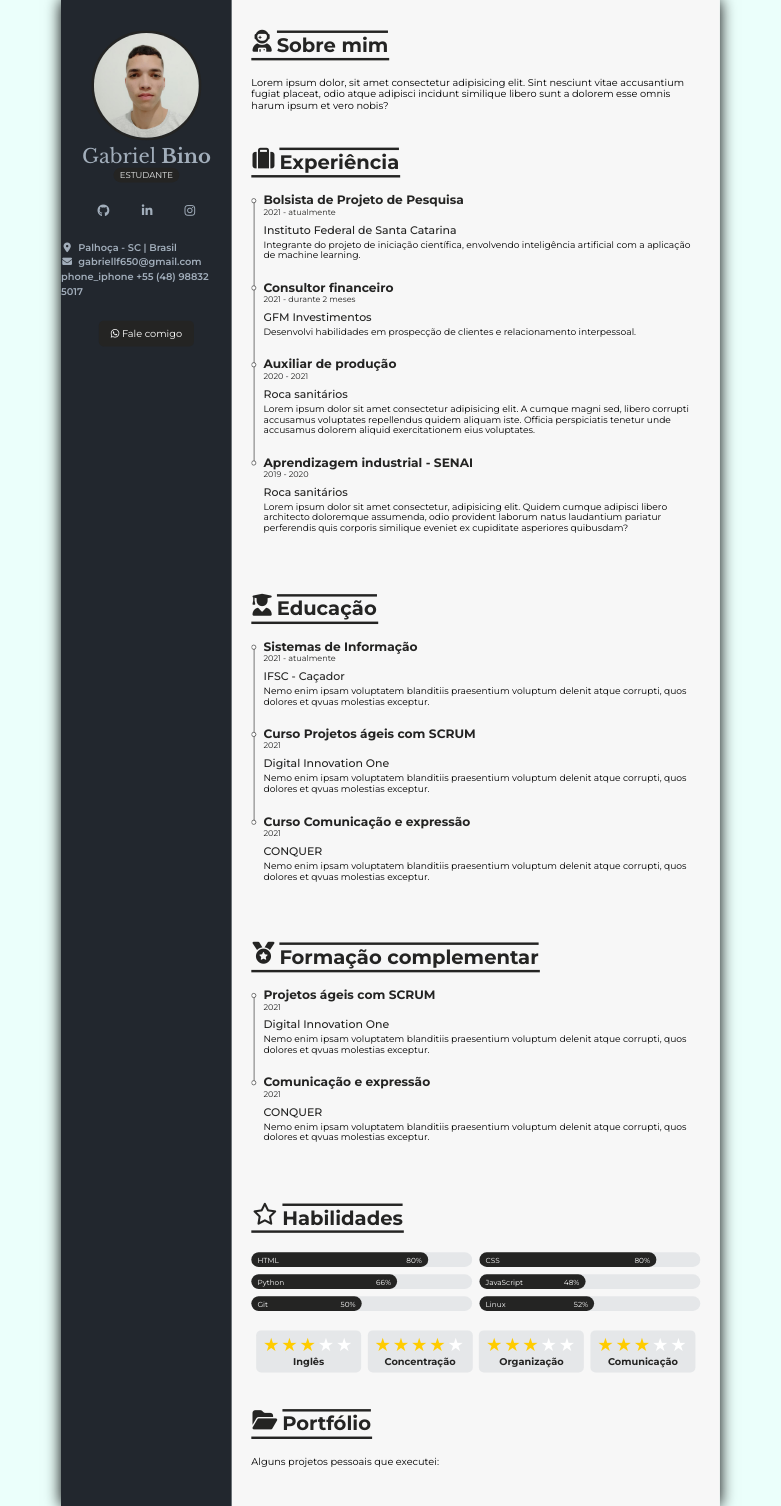
Repository: gabrielbino/curriculoResponsivo
Page: index.html
The author's editor kept a copy of each file at every save. The page is drawn from the files as they stood at one save, then again after the next save.
The browser window is 1280 px wide. The pictures show the whole page, at 61% of full size.
Some web libraries are served in a nearby version.

Above is the page before, as saved 2021-10-19 22:43:38.

### index.html
<!DOCTYPE html>
<html lang="pt-br">
  <head>
    <meta charset="UTF-8" />
    <meta name="viewport" content="width=device-width, initial-scale=1" />
    <link
      rel="stylesheet"
      href="https://cdnjs.cloudflare.com/ajax/libs/normalize/8.0.1/normalize.min.css"
      integrity="sha512-NhSC1YmyruXifcj/KFRWoC561YpHpc5Jtzgvbuzx5VozKpWvQ+4nXhPdFgmx8xqexRcpAglTj9sIBWINXa8x5w=="
      crossorigin="anonymous"
      referrerpolicy="no-referrer"
    />
    <script
      src="https://kit.fontawesome.com/a6ac7cca8d.js"
      crossorigin="anonymous"
    ></script>
    <link
      href="https://fonts.googleapis.com/icon?family=Material+Icons"
      rel="stylesheet"
    />
    <link rel="stylesheet" href="css/style.css" />
    <link rel="shortcut icon" href="img/favicon.ico" />
    <title>CV do Gabriel</title>
  </head>
  <body>
    <main>
      <aside>
        <div class="sidebar">
          <img
            class="profile-picture"
            src="./img/option_profile.jpeg"
            alt="Gabriel Bino"
          />
          <h1 class="title-name"><span>Gabriel</span> Bino</h1>
          <h3 class="subtitle-role">Estudante</h3>
          <div class="social-links">
            <a href="https://github.com/gabrielbino" target="_blank">
              <i class="fab fa-github"></i>
            </a>
            <a
              href="https://www.linkedin.com/in/gabriel-fernandes-bino-456499195/"
              target="_blank"
            >
              <i class="fab fa-linkedin-in"></i>
            </a>
            <!-- <a href="https://twitter.com/theleoad" target="_blank">
              <i class="fab fa-twitter"></i>
            </a> -->
            <a href="https://www.instagram.com/gabrielfbino/" target="_blank">
              <i class="fab fa-instagram"></i>
            </a>
          </div>
          <ul class="personal-data">
            <li>
              <i class="fas fa-map-marker-alt"></i>
              <span>Palhoça - SC | Brasil</span>
            </li>
            <li>
              <i class="fas fa-envelope"></i>
              <a href="mailto:galbriellf650@gmail.com"
                >gabriellf650@gmail.com</a
              >
            </li>
            <li>
              <span class="material-icons-round">phone_iphone</span>
              <a href="tel:+5548988325017">+55 (48) 98832 5017</a>
            </li>
          </ul>
          <a
            class="download-button"
            href="https://wa.me/+5548988325017"
            target="_blank"
          >
            <i class="fab fa-whatsapp"></i>
            <span>Fale comigo</span>
          </a>
        </div>
      </aside>
      <section>
        <article>
          <div class="article-title-wrapper">
            <i class="fas fa-user-astronaut"></i>
            <h2 class="article-title">Sobre mim</h2>
          </div>
          <p>
            Lorem ipsum dolor, sit amet consectetur adipisicing elit. Sint
            nesciunt vitae accusantium fugiat placeat, odio atque adipisci
            incidunt similique libero sunt a dolorem esse omnis harum ipsum et
            vero nobis?
          </p>
        </article>
        <article>
          <div class="article-title-wrapper">
            <i class="fas fa-suitcase"></i>
            <h2 class="article-title">Experiência</h2>
          </div>
          <ul class="timeline">
            <li>
              <h4 class="timeline-title">Bolsista de Projeto de Pesquisa</h4>
              <h5 class="timeline-time">2021 - atualmente</h5>
              <h6 class="timeline-place">
                Instituto Federal de Santa Catarina
              </h6>
              <p class="timeline-text">
                Integrante do projeto de iniciação científica, envolvendo
                inteligência artificial com a aplicação de machine learning.
              </p>
            </li>
            <li>
              <h4 class="timeline-title">Consultor financeiro</h4>
              <h5 class="timeline-time">2021 - durante 2 meses</h5>
              <h6 class="timeline-place">GFM Investimentos</h6>
              <p class="timeline-text">
                Desenvolvi habilidades em prospecção de clientes e
                relacionamento interpessoal.
              </p>
            </li>
            <li>
              <h4 class="timeline-title">Auxiliar de produção</h4>
              <h5 class="timeline-time">2020 - 2021</h5>
              <h6 class="timeline-place">Roca sanitários</h6>
              <p class="timeline-text">
                Lorem ipsum dolor sit amet consectetur adipisicing elit. A
                cumque magni sed, libero corrupti accusamus voluptates
                repellendus quidem aliquam iste. Officia perspiciatis tenetur
                unde accusamus dolorem aliquid exercitationem eius voluptates.
              </p>
            </li>
            <li>
              <h4 class="timeline-title">Aprendizagem industrial - SENAI</h4>
              <h5 class="timeline-time">2019 - 2020</h5>
              <h6 class="timeline-place">Roca sanitários</h6>
              <p class="timeline-text">
                Lorem ipsum dolor sit amet consectetur, adipisicing elit. Quidem
                cumque adipisci libero architecto doloremque assumenda, odio
                provident laborum natus laudantium pariatur perferendis quis
                corporis similique eveniet ex cupiditate asperiores quibusdam?
              </p>
            </li>
          </ul>
        </article>
        <article>
          <div class="article-title-wrapper">
            <i class="fas fa-user-graduate"></i>
            <h2 class="article-title">Educação</h2>
          </div>
          <ul class="timeline">
            <li>
              <h4 class="timeline-title">Sistemas de Informação</h4>
              <h5 class="timeline-time">2021 - atualmente</h5>
              <h6 class="timeline-place">IFSC - Caçador</h6>
              <p class="timeline-text">
                Nemo enim ipsam voluptatem blanditiis praesentium voluptum
                delenit atque corrupti, quos dolores et qvuas molestias
                exceptur.
              </p>
            </li>
            <li>
              <h4 class="timeline-title">Curso Projetos ágeis com SCRUM</h4>
              <h5 class="timeline-time">2021</h5>
              <h6 class="timeline-place">Digital Innovation One</h6>
              <p class="timeline-text">
                Nemo enim ipsam voluptatem blanditiis praesentium voluptum
                delenit atque corrupti, quos dolores et qvuas molestias
                exceptur.
              </p>
            </li>
            <li>
              <h4 class="timeline-title">Curso Comunicação e expressão</h4>
              <h5 class="timeline-time">2021</h5>
              <h6 class="timeline-place">CONQUER</h6>
              <p class="timeline-text">
                Nemo enim ipsam voluptatem blanditiis praesentium voluptum
                delenit atque corrupti, quos dolores et qvuas molestias
                exceptur.
              </p>
            </li>
          </ul>
        </article>
        <article>
          <div class="article-title-wrapper">
            <i class="fas fa-medal"></i>
            <h2 class="article-title">Formação complementar</h2>
          </div>
          <ul class="timeline">
            <li>
              <h4 class="timeline-title">Projetos ágeis com SCRUM</h4>
              <h5 class="timeline-time">2021</h5>
              <h6 class="timeline-place">Digital Innovation One</h6>
              <p class="timeline-text">
                Nemo enim ipsam voluptatem blanditiis praesentium voluptum
                delenit atque corrupti, quos dolores et qvuas molestias
                exceptur.
              </p>
            </li>
            <li>
              <h4 class="timeline-title">Comunicação e expressão</h4>
              <h5 class="timeline-time">2021</h5>
              <h6 class="timeline-place">CONQUER</h6>
              <p class="timeline-text">
                Nemo enim ipsam voluptatem blanditiis praesentium voluptum
                delenit atque corrupti, quos dolores et qvuas molestias
                exceptur.
              </p>
            </li>
          </ul>
        </article>
        <article>
          <div class="article-title-wrapper">
            <i class="far fa-star"></i>
            <h2 class="article-title">Habilidades</h2>
          </div>
          <div class="skills-container">
            <div class="progress">
              <div class="progress-bar" role="progressbar" style="width: 80%">
                <div class="progress-text">
                  <span>HTML</span>
                  <span>80%</span>
                </div>
              </div>
            </div>
            <div class="progress">
              <div class="progress-bar" role="progressbar" style="width: 80%">
                <div class="progress-text">
                  <span>CSS</span>
                  <span>80%</span>
                </div>
              </div>
            </div>
            <div class="progress">
              <div class="progress-bar" role="progressbar" style="width: 66%">
                <div class="progress-text">
                  <span>Python</span>
                  <span>66%</span>
                </div>
              </div>
            </div>
            <div class="progress">
              <div class="progress-bar" role="progressbar" style="width: 48%">
                <div class="progress-text">
                  <span>JavaScript</span>
                  <span>48%</span>
                </div>
              </div>
            </div>
            <div class="progress">
              <div class="progress-bar" role="progressbar" style="width: 50%">
                <div class="progress-text">
                  <span>Git</span>
                  <span>50%</span>
                </div>
              </div>
            </div>
            <div class="progress">
              <div class="progress-bar" role="progressbar" style="width: 52%">
                <div class="progress-text">
                  <span>Linux</span>
                  <span>52%</span>
                </div>
              </div>
            </div>
          </div>
          <div class="soft-skills">
            <div class="soft-skill">
              <div class="soft-skill-rating" style="--rating: 3"></div>
              <h4 class="soft-skill-label">Inglês</h4>
            </div>
            <div class="soft-skill">
              <div class="soft-skill-rating" style="--rating: 4"></div>
              <h4 class="soft-skill-label">Concentração</h4>
            </div>
            <div class="soft-skill">
              <div class="soft-skill-rating" style="--rating: 3"></div>
              <h4 class="soft-skill-label">Organização</h4>
            </div>
            <div class="soft-skill">
              <div class="soft-skill-rating" style="--rating: 3"></div>
              <h4 class="soft-skill-label">Comunicação</h4>
            </div>
          </div>
        </article>
        <article>
          <div class="article-title-wrapper">
            <i class="fas fa-folder-open"></i>
            <h2 class="article-title">Portfólio</h2>
          </div>
          <p>Alguns projetos pessoais que executei:</p>
          <div class="portfolio">
            <a href="#" class="portfolio-item">
              <div></div>
            </a>
            <a href="#" class="portfolio-item">
              <div></div>
            </a>
            <a href="#" class="portfolio-item">
              <div></div>
            </a>
            <a href="#" class="portfolio-item">
              <div></div>
            </a>
          </div>
        </article>
      </section>
    </main>
  </body>
</html>

### css/style.css
@import url("https://fonts.googleapis.com/css2?family=Libre+Baskerville:wght@400;700&family=Montserrat:wght@400;500;600;700&display=swap");

* {
  box-sizing: border-box;
}

img {
  max-width: 100%;
}

body {
  background-color: #ebfffb;
  color: black;
  font-family: "Montserrat", sans-serif;
}

main {
  background-color: #ebfffb;
  box-shadow: 0 0 1.5rem;
  display: flex;
  margin: 0 auto;
  max-width: 1080px;
  min-height: 100vh;
  width: 100%;
}

aside {
  background-color: #22272e;
  padding: 50px 0 16px;
  width: 280px;
}

.sidebar {
  align-items: center;
  display: flex;
  flex-direction: column;
  position: sticky;
  top: 16px;
  width: 100%;
}

.profile-picture {
  border-radius: 50%;
  border: solid 4px #242423;
  width: 180px;
}

.title-name {
  color: #a2aebb;
  font-family: "Libre Baskerville", serif;
  font-weight: 700;
  margin: 8px 0 0;
}

.title-name span {
  font-weight: 500;
}

.subtitle-role {
  background: #242423;
  border-radius: 12px;
  color: #e9ebec;
  font-size: 14px;
  font-weight: 400;
  margin: 0;
  padding: 4px 10px;
  text-transform: uppercase;
}

.social-links {
  display: flex;
  font-size: 20px;
  justify-content: space-between;
  margin: 36px 0;
  width: 160px;
}

.social-links a {
  color: #a2aebb;
}

.social-links a:hover {
  color: #e8eddf;
}

.personal-data {
  list-style-type: none;
  margin: 0;
  padding: 0;
}

.personal-data li {
  color: #a2aebb;
  font-weight: 600;
  line-height: 1.5;
}

.personal-data li a {
  color: inherit;
  text-decoration: none;
}

.personal-data i {
  margin-right: 4px;
  text-align: center;
  width: 20px;
}

.download-button {
  background: #242423;
  border-radius: 8px;
  color: white;
  display: block;
  margin: 36px 0;
  padding: 12px 20px;
  text-decoration: none;
}

section {
  background-color: #f7f7f7;
  padding: 50px 32px 0;
  width: calc(100% - 280px);
}

article:not(:last-of-type) {
  margin-bottom: 60px;
}

.article-title-wrapper {
  align-items: center;
  border-bottom: 4px solid;
  color: #242423;
  display: inline-flex;
  margin-bottom: 12px;
  padding: 0 2px;
}
.article-title-wrapper i {
  font-size: 36px;
  margin: -8px 8px 0 0;
}

.article-title {
  border-top: 4px solid;
  color: #242423;
  font-size: 32px;
  font-weight: 800;
  margin: 0 0 2px;
  padding-top: 2px;
}

.timeline {
  list-style: none;
  margin: 20px 0;
  padding: 0;
}

.timeline li {
  margin: 0;
  padding: 2px 0 40px 20px;
  position: relative;
}

.timeline li::after {
  background-color: #fff;
  border-radius: 50%;
  border: 1px solid #242423;
  box-sizing: border-box;
  content: "";
  display: inline-block;
  height: 8px;
  left: 0;
  position: absolute;
  top: 2px;
  width: 8px;
}

.timeline li:not(:last-of-type)::before {
  background-color: #242423;
  content: "";
  height: 100%;
  left: 3.5px;
  position: absolute;
  top: calc(0.5em - 4px);
  width: 1px;
}

.timeline-title {
  color: #242423;
  font-size: 20px;
  margin: -8px 0 0;
}

.timeline-time {
  color: #242423;
  font-weight: 400;
  margin: 0;
}

.timeline-place {
  color: #242423;
  font-size: 18px;
  font-weight: 500;
  margin: 12px 0 4px;
}

.timeline-text {
  font-size: 15px;
  margin: 0;
}

.skills-container {
  display: flex;
  flex-wrap: wrap;
  justify-content: space-between;
  margin: 20px 0;
}

.progress {
  background-color: rgba(68, 86, 108, 0.1);
  border-radius: 20px;
  display: flex;
  font-size: 0.75rem;
  height: 1.5rem;
  margin-bottom: 12px;
  width: calc(50% - 6px);
}

.progress-bar {
  align-items: center;
  background-color: #242423;
  border-radius: 20px;
  color: #fff;
  display: flex;
  padding: 0 10px;
}

.progress-text {
  display: flex;
  justify-content: space-between;
  width: 100%;
}

.soft-skills {
  display: flex;
  justify-content: space-between;
  padding: 0 8px;
}

.soft-skill {
  background-color: rgba(68, 86, 108, 0.1);
  border-radius: 8px;
  padding: 8px;
  text-align: center;
  width: calc(25% - 8px);
}

.soft-skill-rating {
  --percent: calc(var(--rating) / 5 * 100%);
  display: inline-block;
  font-family: Times;
  font-size: 30px;
  line-height: 1;
}

.soft-skill-rating::before {
  background-clip: text;
  background: linear-gradient(90deg, #fc0 var(--percent), #fff var(--percent));
  content: "★★★★★";
  letter-spacing: 3px;
  -webkit-background-clip: text;
  -webkit-text-fill-color: transparent;
}

.soft-skill-label {
  color: #242423;
  margin: 4px 0 0;
}

.portfolio {
  display: flex;
  flex-wrap: wrap;
  justify-content: space-between;
}

.portfolio-item {
  margin-bottom: 24px;
  text-decoration: none;
  width: calc(50% - 12px);
}

/* .portfolio-item div {
  margin: 0;
}

.portfolio-item figcaption {
  color: #3c6e71;
  font-weight: 800;
  text-align: center;
} */

@media (max-width: 1024px) {
  .soft-skills {
    flex-wrap: wrap;
  }

  .soft-skill {
    margin: 4px;
    width: calc(50% - 8px);
  }
}

@media (max-width: 768px) {
  main {
    display: block;
  }

  aside,
  section {
    width: 100%;
  }

  section {
    padding: 32px 16px 0;
  }

  .article-title-wrapper {
    display: flex;
    padding: 0;
  }

  .progress,
  .soft-skill,
  .portfolio-item,
  .article-title {
    width: 100%;
  }

  .portfolio-item figure {
    text-align: center;
  }
}

After the next save:
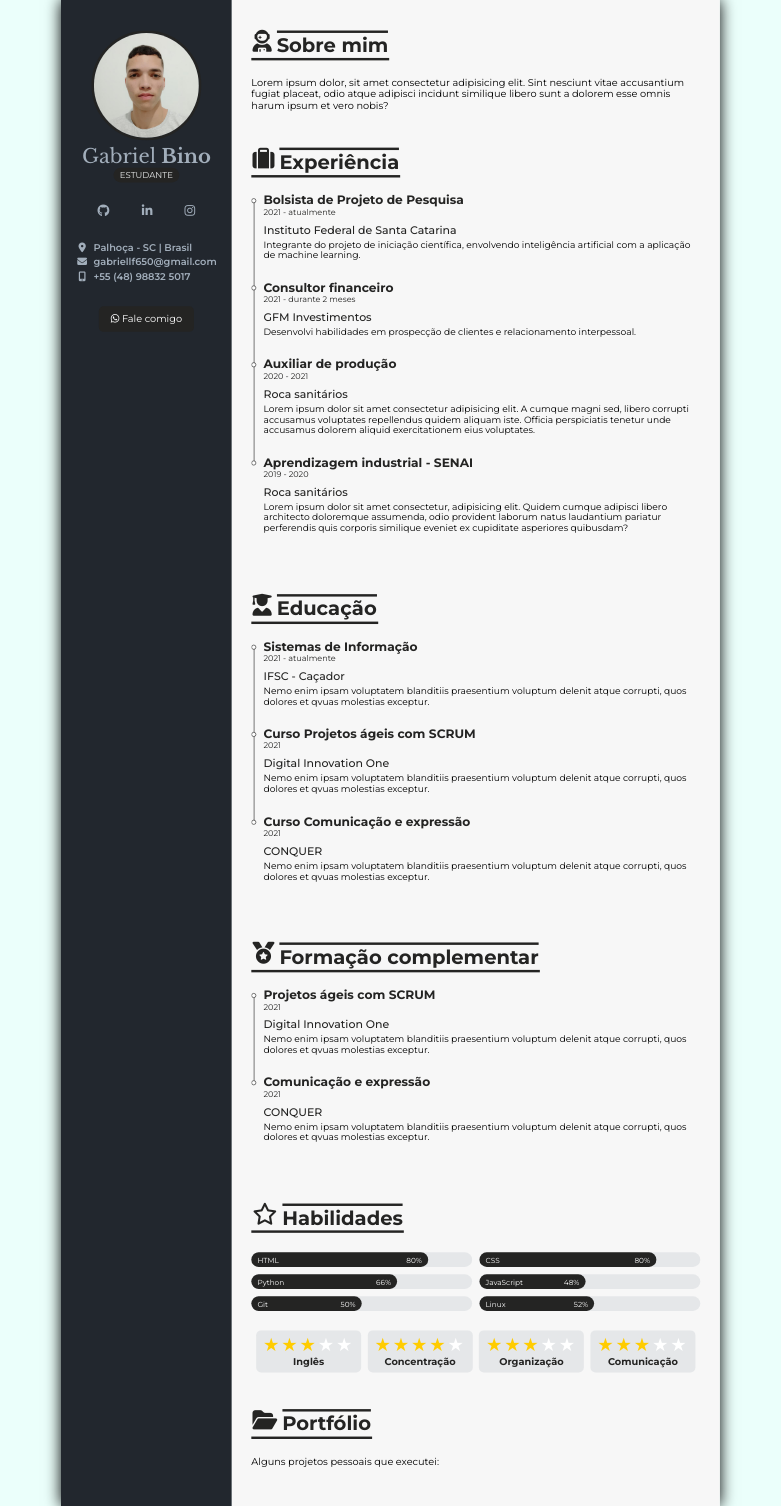
Saved 7 min 21 s later.
--- a/index.html
+++ b/index.html
@@ -14,10 +14,6 @@
       src="https://kit.fontawesome.com/a6ac7cca8d.js"
       crossorigin="anonymous"
     ></script>
-    <link
-      href="https://fonts.googleapis.com/icon?family=Material+Icons"
-      rel="stylesheet"
-    />
     <link rel="stylesheet" href="css/style.css" />
     <link rel="shortcut icon" href="img/favicon.ico" />
     <title>CV do Gabriel</title>
@@ -62,7 +58,7 @@
               >
             </li>
             <li>
-              <span class="material-icons-round">phone_iphone</span>
+              <i class="fas fa-mobile-alt"></i>
               <a href="tel:+5548988325017">+55 (48) 98832 5017</a>
             </li>
           </ul>
